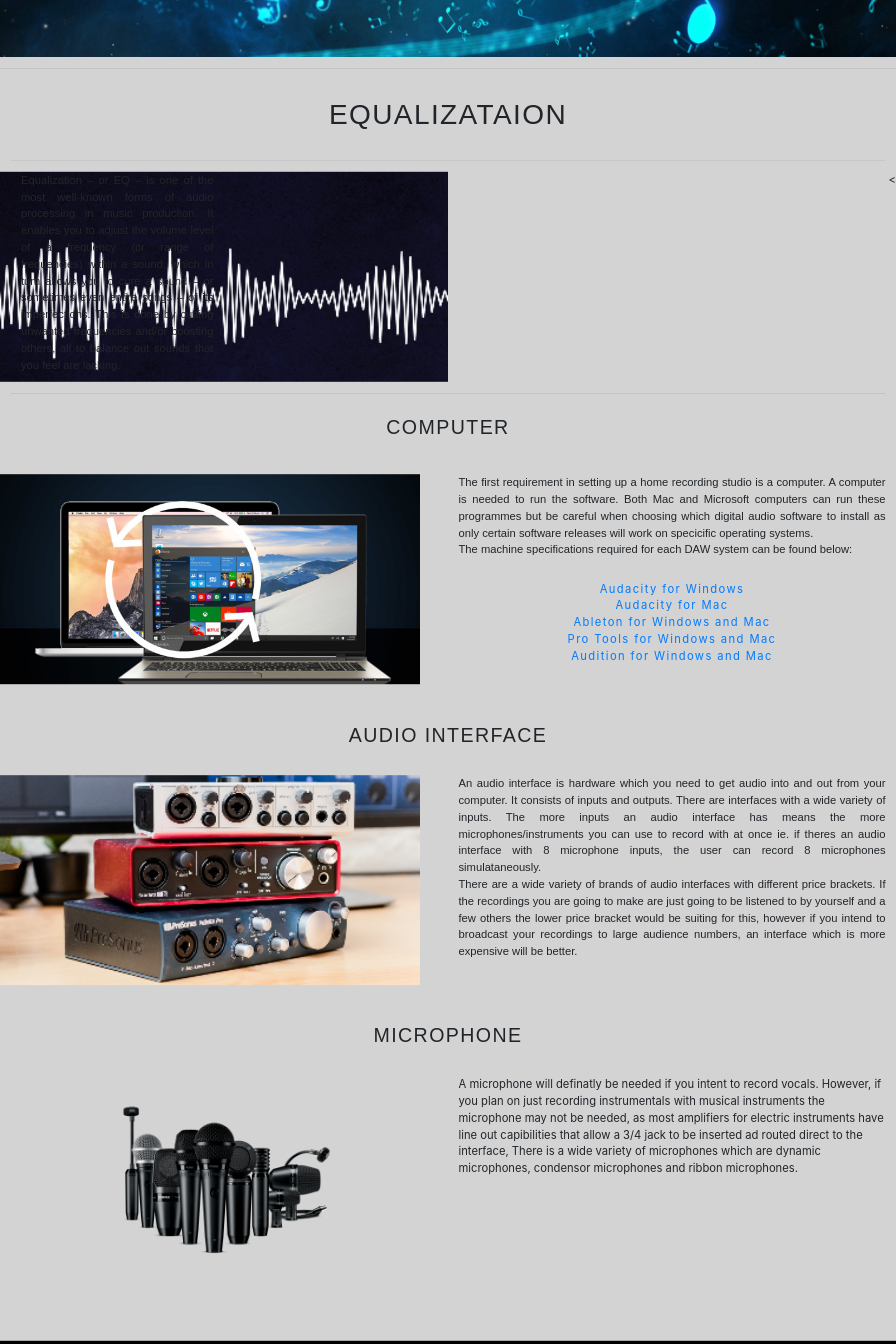
Repository: djjtyn/CIMilestoneProject1
Page: eq.html
The author's editor kept a record of every edit. The page is drawn from the files as they stood at one moment, then again after the next edit.
The browser window is 1280 px wide. The pictures show the part of the page from y = 389 to 2309 px (the page is 2670 px tall before and 2727 px after), at 70% of full size.
Some web libraries are served in a nearby version.

Above is the page before.
Console error (its wording comes from the project's code and is left out).

After the next edit:
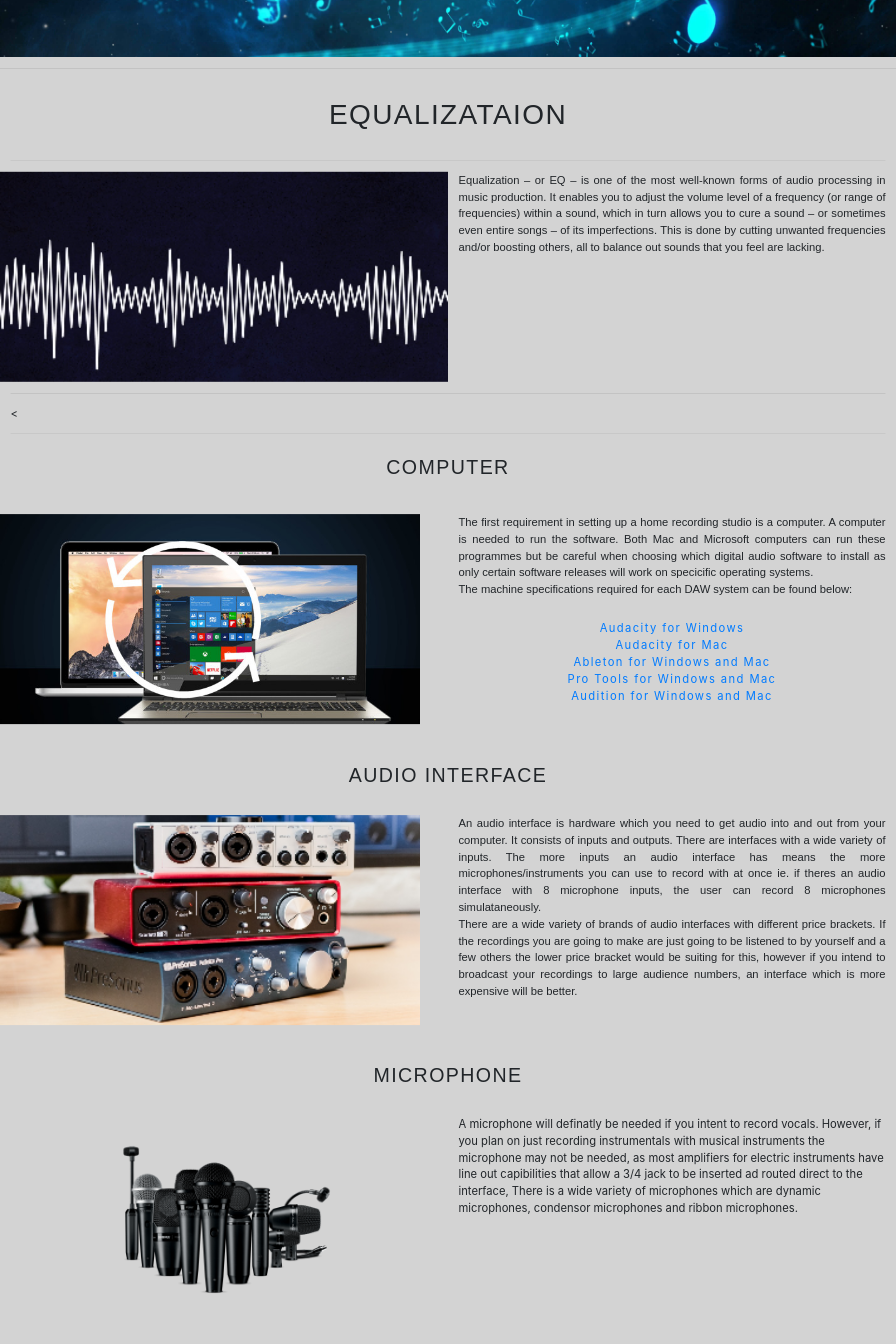
The edit:
--- a/eq.html
+++ b/eq.html
@@ -46,7 +46,7 @@
     <hr>
 
     <div class="row">
-      <div class="col-12 col-md-6 eq">
+      <div class="col-12 col-md-6 eq"></div>
       <div class="col-12 col-md-6">
         <p>Equalization – or EQ – is one of the most well-known forms of audio processing in music production. It enables you to adjust the volume level of a frequency (or range of frequencies) within a sound, which in turn allows you to cure a sound – or sometimes even entire songs – of its imperfections. This is done by cutting unwanted frequencies and/or boosting others, all to balance out sounds that you feel are lacking.</p>
       </div>
